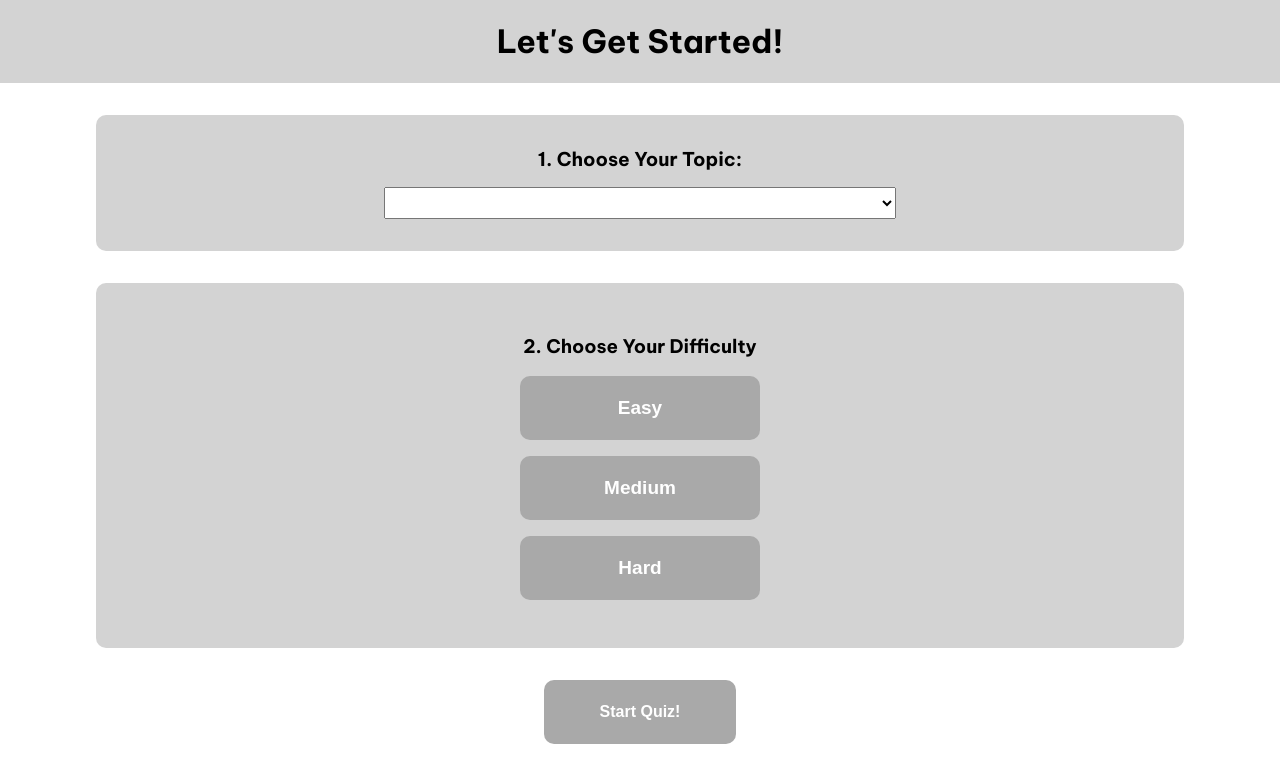
Repository: SaraShio/trivia_game
Page: index.html
The author's editor kept a copy of each file at every save. The page is drawn from the files as they stood at one save, then again after a run of saves.
The browser window is 1280 px wide. The pictures show the whole page.
The page's requests for data from a server got no answer.

Above is the page before, as saved 2023-05-02 14:59:17.

After the next 2 saves:
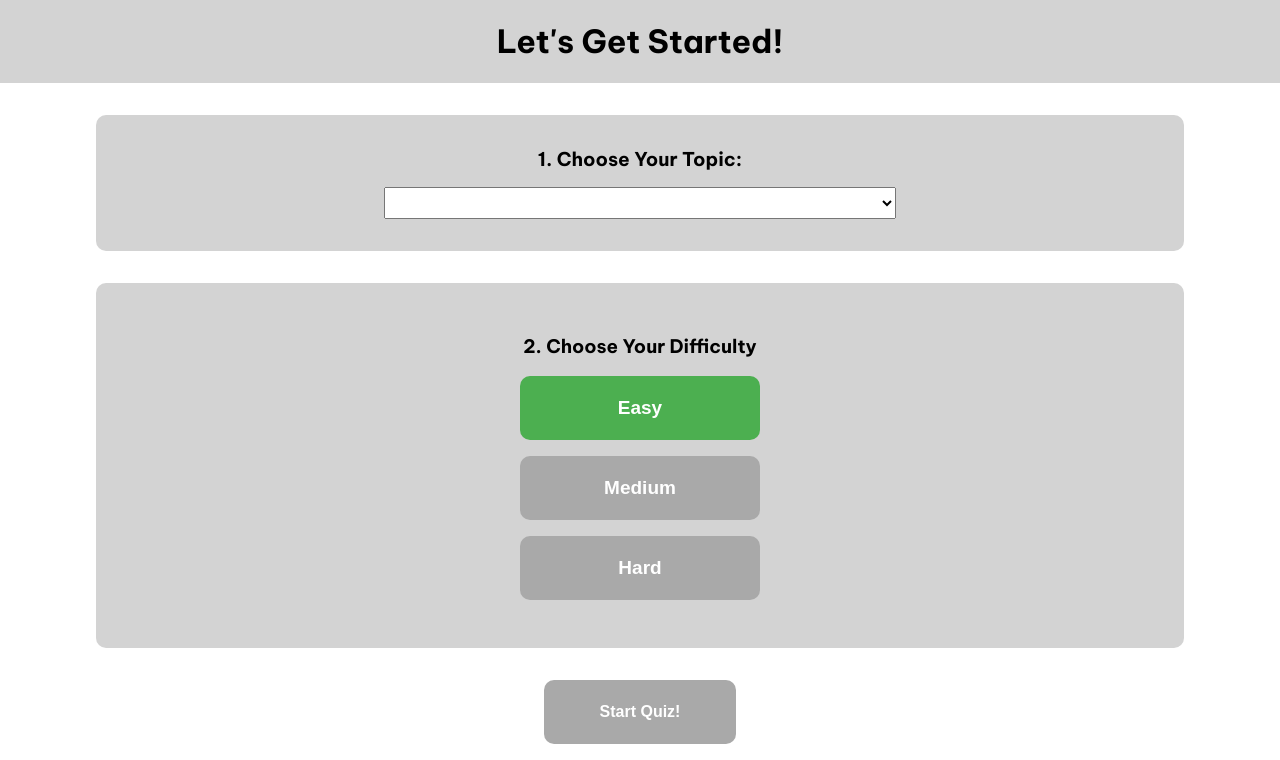
The 2 saves are shown as one change because they came seconds apart.
The last was saved 23 s later.
--- a/styles.css
+++ b/styles.css
@@ -57,6 +57,10 @@ button {
     font-size: 19px;
 }
 
+.level.active {
+    background-color: #4CAF50;
+}
+
 .start {
     font-size: 16px;
     width: 12rem;
